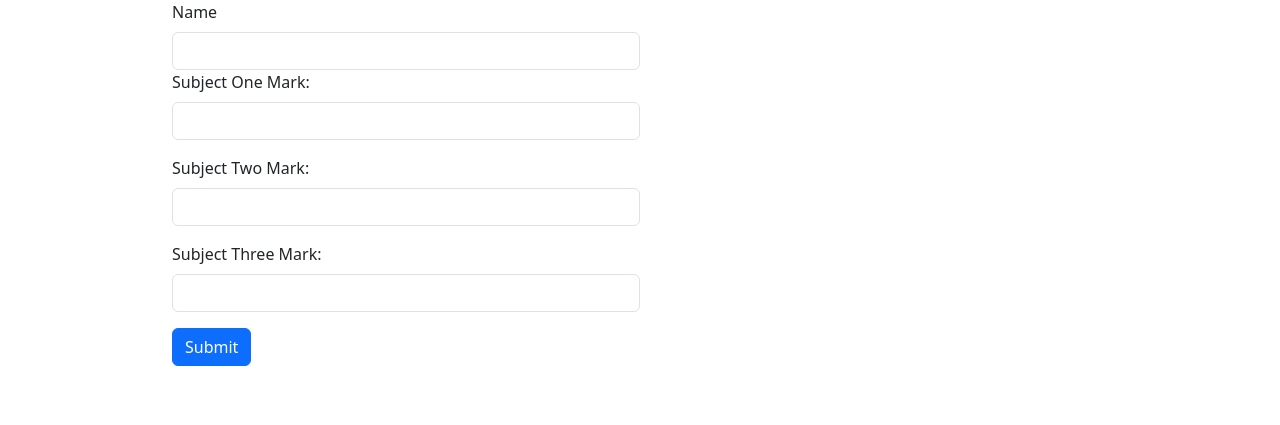
Repository: RG4025/AdvanceJava
Page: ClassWorkFeb15/src/main/webapp/grade.html
These files come from the project's save history. The page is drawn as it stood at one moment and after the next save; the edit follows.
The browser window is 1280 px wide. The pictures show the whole page.

Above is the page before, as saved 2024-02-15 06:55:08.

After the next save:
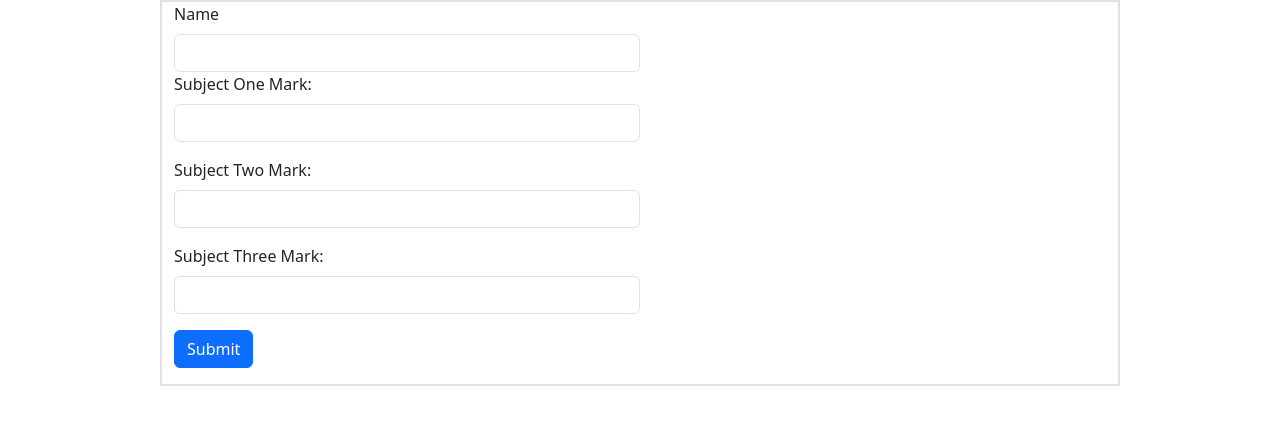
Saved 20 s later.
--- a/ClassWorkFeb15/src/main/webapp/grade.html
+++ b/ClassWorkFeb15/src/main/webapp/grade.html
@@ -16,7 +16,7 @@
 
 				<section class="w-75  mx-auto d-flex justify-content-center align-items-center">
 
-					<div class="Main2 container ">
+					<div class="Main2 container border border-2 ">
 						<form class="col-12 col-md-6" method="post" action="MainFirst">
 							      <div class="mb-3">
 							    <label for="exampleInputEmail1" class="form-label"> Name</label>
